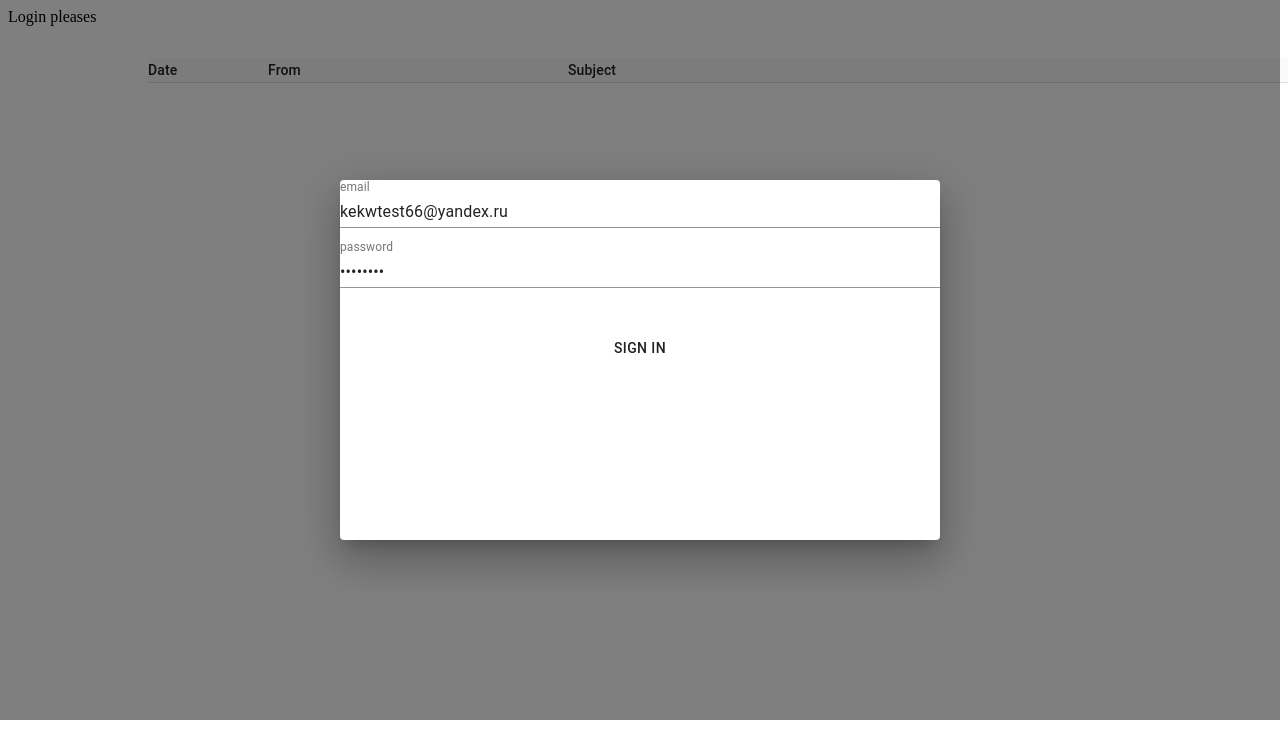
Repository: atakhanovrodion/mailclient
Page: / (app in client/)
These files come from the project's save history. The page is drawn as it stood at one moment and after the next save; the edit follows.
The browser window is 1280 px wide. The page is 1288 px wide, so the pictures cover 1288 px, including what lies to the right of the window. The pictures show the whole page.
The project was rebuilt for these pictures with package versions that can differ from the ones it lists, and the page was loaded fresh each time. Also part of the build but not shown: client/webpack.config.js, client/src/components/MessageView.tsx.

Above is the page before, as saved 2021-03-23 03:30:16.

After the next save:
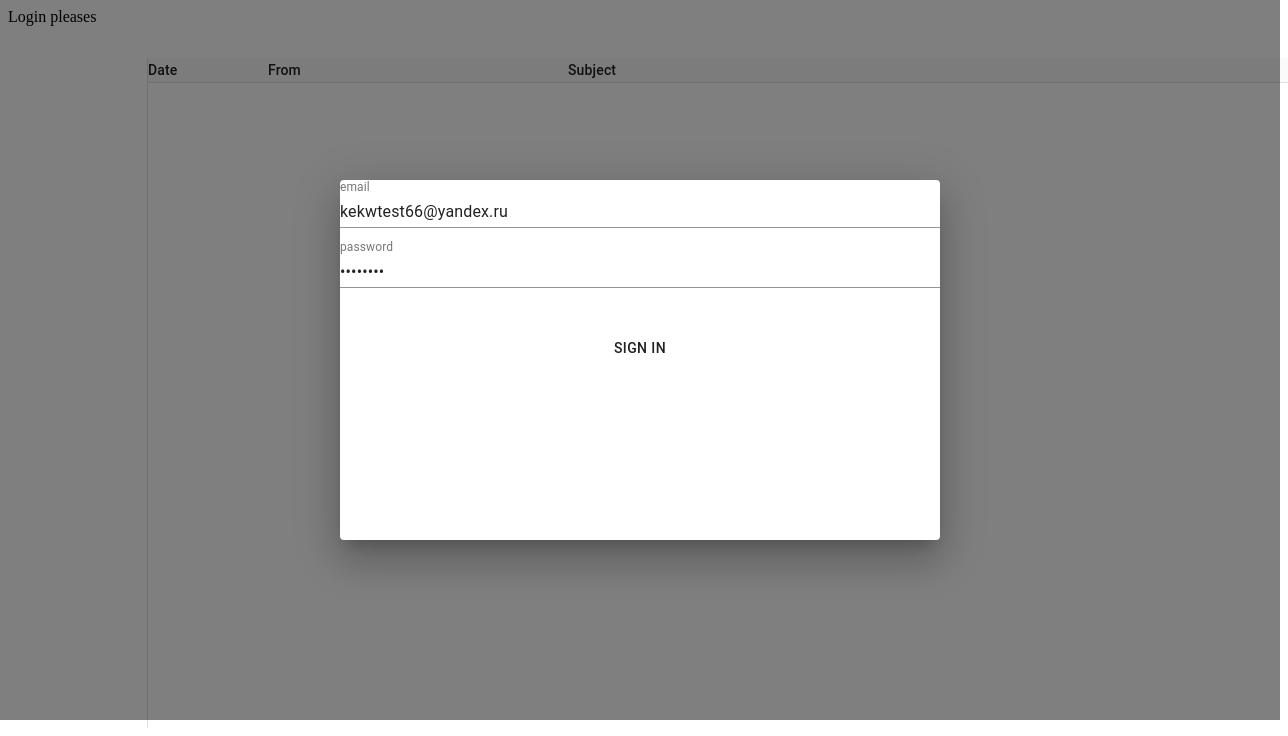
Saved 8 min 59 s later.
--- a/client/src/css/main.css
+++ b/client/src/css/main.css
@@ -12,6 +12,7 @@
 .listOfMailboxes {
   grid-column: 1 / 2;
   grid-row: 2 / 2;
+  border-right: 1px solid #e0e0e0;
 }
 
 .loginForm {
